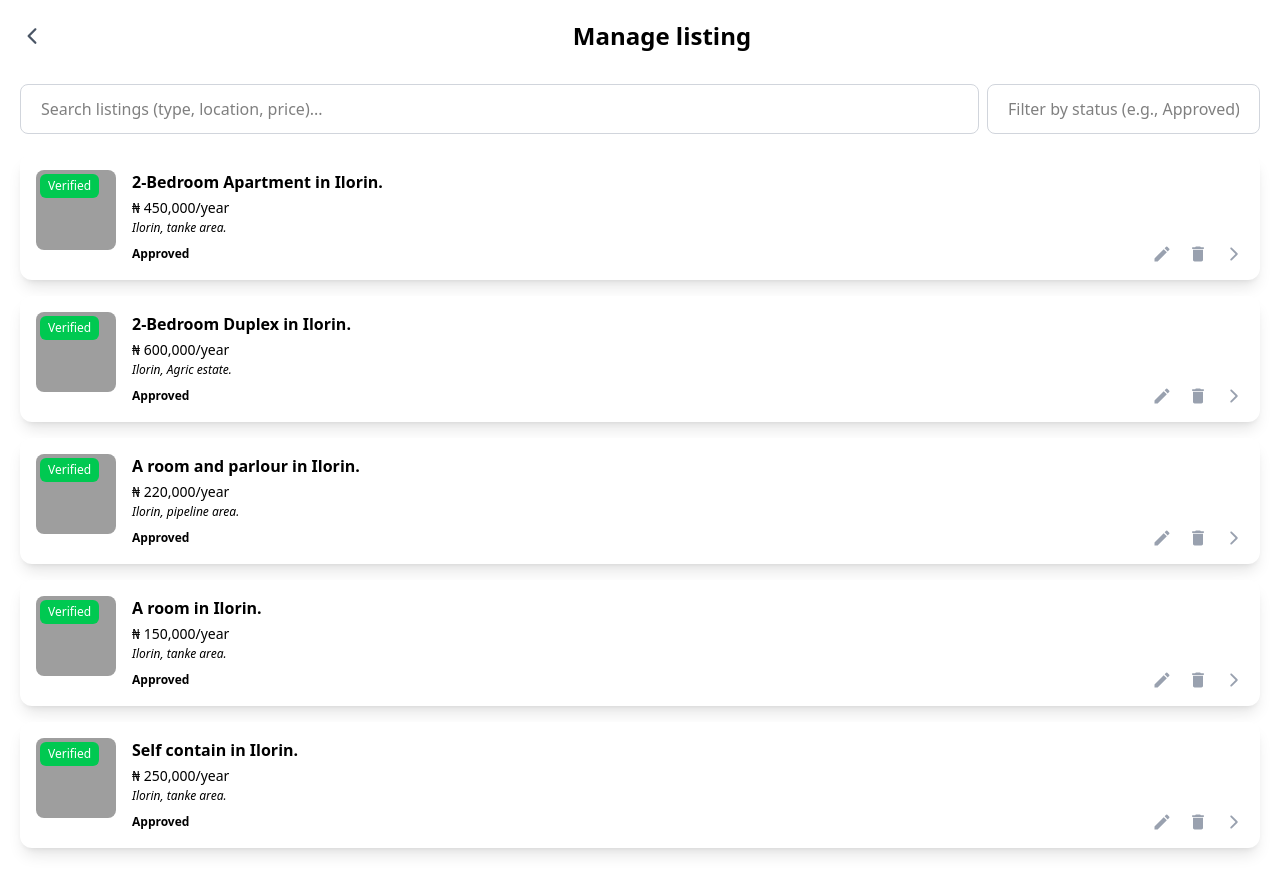
Repository: Em-driod/spotify-clone
Page: /Manage
An editor plug-in stored every save of this project. The page is shown before and after the next save, followed by the edit.
The browser window is 1280 px wide. The pictures show the whole page.
Pictures or frames that could not be fetched are drawn as grey boxes. The project was rebuilt for these pictures with package versions that can differ from the ones it lists, and the page was loaded fresh each time. Also part of the build but not shown: vite.config.ts, src/pages/veryify.tsx, src/pages/LandingPage.tsx, src/pages/Back.tsx, src/pages/Change.tsx, src/pages/onboard.tsx, src/pages/Skips.tsx, src/pages/Otp.tsx and 6 more.

Above is the page before, as saved 2025-07-09 17:20:57.

### src/App.tsx
import { BrowserRouter as Router, Routes, Route, useLocation } from 'react-router-dom';
import { AnimatePresence } from 'framer-motion';
import Welcome from './pages/veryify';
import LandingPage from './pages/LandingPage';
import Back from './pages/Back';
import Change from './pages/Change';
import Skips from './pages/Skips';
import Otp from './pages/Otp';
import First from './pages/First';
import Second from './pages/second';
import Fourth from './pages/fourth';
import Third from './pages/Third';
import Fifth from './pages/fifth';
import Signup from './pages/Signup';
import Manage from  './pages/Manage'


const AnimatedRoutes = () => {
  const location = useLocation();

  return (
    <AnimatePresence mode="wait">
      <Routes location={location} key={location.pathname}>
        <Route path="/" element={<LandingPage />} />
        <Route path="/skip" element={<Skips />} />
       <Route path="/welcome" element={<Welcome />} />
       <Route path="/back" element={<Back />} />
       <Route path="/forget" element={<Change />} />
       <Route path="/Otp" element={<Otp />} />
       <Route path="/first" element={<First />} />
       <Route path="/second" element={<Second />} />
        <Route path="/third" element={<Third />} />
        <Route path="/fourth" element={<Fourth />} />
        <Route path="/fifth" element={<Fifth />} />
        <Route path="/signup" element={<Signup />} />
        <Route path="/Manage" element={<Manage />} />
        {/* Add more routes as needed */}

      </Routes>
    </AnimatePresence>
  );
};

const App = () => {
  return (
    <Router>
      <AnimatedRoutes />
    </Router>
  );
};

export default App;

### src/pages/Manage.tsx
import React, { useState, useMemo } from 'react'; // Import useMemo
import { IoIosArrowBack } from 'react-icons/io';
import { MdEdit, MdDelete } from 'react-icons/md';

// Define the interface for a Listing object
interface Listing {
  id: number;
  image: string;
  type: string;
  price: string;
  location: string;
  status: string;
}

const Manage: React.FC = () => {
  // Initialize listings using useState with the Listing array type
  const [listings, setListings] = useState<Listing[]>([
    {
      id: 1,
      image: '/path/to/your/bedroom-apartment.png', // Replace with actual image paths
      type: '2-Bedroom Apartment in Ilorin.',
      price: '₦ 450,000/year',
      location: 'Ilorin, tanke area.',
      status: 'Approved',
    },
    {
      id: 2,
      image: '/path/to/your/duplex.png',
      type: '2-Bedroom Duplex in Ilorin.',
      price: '₦ 600,000/year',
      location: 'Ilorin, Agric estate.',
      status: 'Approved',
    },
    {
      id: 3,
      image: '/path/to/your/room-parlour.png',
      type: 'A room and parlour in Ilorin.',
      price: '₦ 220,000/year',
      location: 'Ilorin, pipeline area.',
      status: 'Approved',
    },
    {
      id: 4,
      image: '/path/to/your/room.png',
      type: 'A room in Ilorin.',
      price: '₦ 150,000/year',
      location: 'Ilorin, tanke area.',
      status: 'Approved',
    },
    {
      id: 5,
      image: '/path/to/your/self-contain.png',
      type: 'Self contain in Ilorin.',
      price: '₦ 250,000/year',
      location: 'Ilorin, tanke area.',
      status: 'Approved',
    },
  ]);

  // State for the general search input
  const [generalSearchQuery, setGeneralSearchQuery] = useState<string>('');
  // State for the "All listings" filter/search input (e.g., for status, or another specific filter)
  const [statusFilterQuery, setStatusFilterQuery] = useState<string>('');

  const handleEdit = (id: number) => {
    const listingToEdit = listings.find((listing) => listing.id === id);
    if (listingToEdit) {
      const newType = prompt('Edit listing type:', listingToEdit.type);
      const newPrice = prompt('Edit listing price:', listingToEdit.price);
      const newLocation = prompt('Edit listing location:', listingToEdit.location);

      if (newType !== null && newPrice !== null && newLocation !== null) {
        setListings(
          listings.map((listing) =>
            listing.id === id
              ? { ...listing, type: newType, price: newPrice, location: newLocation }
              : listing
          )
        );
        alert(`Listing with ID: ${id} updated!`);
      }
    }
  };

  const handleDelete = (id: number) => {
    if (window.confirm(`Are you sure you want to delete listing with ID: ${id}?`)) {
      setListings(listings.filter((listing) => listing.id !== id));
      alert(`Listing with ID: ${id} deleted!`);
    }
  };

  // Memoize the filtered listings to avoid unnecessary re-calculations
  const filteredListings = useMemo(() => {
    let currentListings = [...listings]; // Start with a copy of all listings

    // Apply general search filter
    if (generalSearchQuery) {
      const lowerCaseQuery = generalSearchQuery.toLowerCase();
      currentListings = currentListings.filter(
        (listing) =>
          listing.type.toLowerCase().includes(lowerCaseQuery) ||
          listing.location.toLowerCase().includes(lowerCaseQuery) ||
          listing.price.toLowerCase().includes(lowerCaseQuery) // You might want to filter price differently
      );
    }

    // Apply status/specific filter
    if (statusFilterQuery) {
      const lowerCaseStatusQuery = statusFilterQuery.toLowerCase();
      currentListings = currentListings.filter(
        (listing) => listing.status.toLowerCase().includes(lowerCaseStatusQuery)
      );
    }

    return currentListings;
  }, [listings, generalSearchQuery, statusFilterQuery]); // Re-calculate when these dependencies change

  return (
    <div className="min-h-screen p-5 bg-white text-black font-sans">
      {/* Header */}
      <div className="flex items-center mb-8">
        <IoIosArrowBack size={24} className="text-gray-600 mr-5 cursor-pointer" />
        <h1 className="text-2xl font-bold text-center flex-grow">Manage listing</h1>
      </div>

      {/* Search and Filter Inputs */}
      <div className="flex justify-between mb-5">
        <input
          type="text"
          placeholder="Search listings (type, location, price)..."
          className="flex-1 mr-2 px-5 py-3 rounded-lg border border-gray-300 focus:outline-none focus:ring-2 focus:ring-[#5a1f8e] text-black bg-white"
          value={generalSearchQuery}
          onChange={(e) => setGeneralSearchQuery(e.target.value)}
        />
        <input
          type="text"
          placeholder="Filter by status (e.g., Approved)..."
          className="px-5 py-3 rounded-lg border border-gray-300 focus:outline-none focus:ring-2 focus:ring-[#8a2be2] text-black bg-white"
          value={statusFilterQuery}
          onChange={(e) => setStatusFilterQuery(e.target.value)}
        />
      </div>

      {/* Listings */}
      <div>
        {filteredListings.length > 0 ? (
          filteredListings.map((listing: Listing) => (
            <div key={listing.id} className="bg-white rounded-xl p-4 mb-4 flex items-start shadow-lg">
              <div className="relative mr-4">
                {/* Verified Badge */}
                <span className="absolute top-1 left-1 bg-green-500 text-white text-xs px-2 py-1 rounded-md z-10">Verified</span>
                <img src={listing.image} alt={listing.type} className="w-20 h-20 rounded-lg object-cover" />
              </div>
              <div className="flex-1 min-w-0">
                <h3 className="text-base font-bold mb-1 break-words">{listing.type}</h3>
                <p className="text-sm text-black mb-0.5">{listing.price}</p>
                <p className="text-xs text-black-400 italic mb-2">{listing.location}</p>
                <div className="flex items-center justify-between mt-2">
                  <p className="text-xs text-black font-bold">{listing.status}</p>
                  <div className="flex items-center">
                    <MdEdit size={20} className="text-gray-400 ml-4 cursor-pointer" onClick={() => handleEdit(listing.id)} />
                    <MdDelete size={20} className="text-gray-400 ml-4 cursor-pointer" onClick={() => handleDelete(listing.id)} />
                    <IoIosArrowBack size={20} className="text-gray-400 ml-4 cursor-pointer rotate-180" />
                  </div>
                </div>
              </div>
            </div>
          ))
        ) : (
          <p className="text-center text-gray-500 text-lg mt-10">No listings match your search criteria.</p>
        )}
      </div>
    </div>
  );
};

export default Manage;

Loaded but not shown: index.html (common file); src/main.tsx (common file); src/index.css (common file)

After the next save:
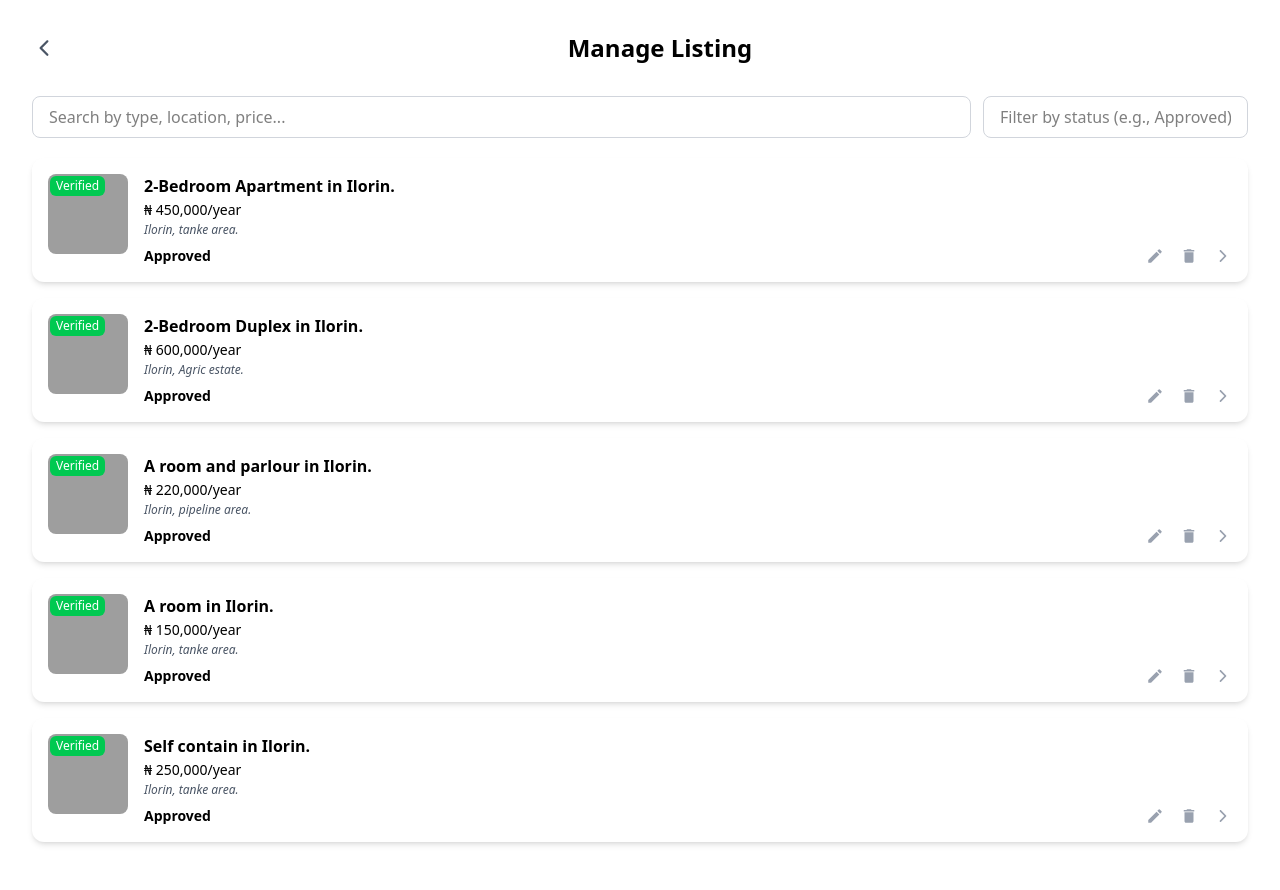
Saved 90 s later.
--- a/src/pages/Manage.tsx
+++ b/src/pages/Manage.tsx
@@ -1,4 +1,4 @@
-import React, { useState, useMemo } from 'react'; // Import useMemo
+import React, { useState, useMemo } from 'react';
 import { IoIosArrowBack } from 'react-icons/io';
 import { MdEdit, MdDelete } from 'react-icons/md';
 
@@ -100,7 +100,7 @@ const Manage: React.FC = () => {
         (listing) =>
           listing.type.toLowerCase().includes(lowerCaseQuery) ||
           listing.location.toLowerCase().includes(lowerCaseQuery) ||
-          listing.price.toLowerCase().includes(lowerCaseQuery) // You might want to filter price differently
+          listing.price.toLowerCase().includes(lowerCaseQuery)
       );
     }
 
@@ -116,26 +116,27 @@ const Manage: React.FC = () => {
   }, [listings, generalSearchQuery, statusFilterQuery]); // Re-calculate when these dependencies change
 
   return (
-    <div className="min-h-screen p-5 bg-white text-black font-sans">
+    <div className="min-h-screen p-4 sm:p-6 md:p-8 bg-white text-black font-sans">
       {/* Header */}
-      <div className="flex items-center mb-8">
-        <IoIosArrowBack size={24} className="text-gray-600 mr-5 cursor-pointer" />
-        <h1 className="text-2xl font-bold text-center flex-grow">Manage listing</h1>
+      <div className="flex items-center mb-6 sm:mb-8">
+        <IoIosArrowBack size={24} className="text-gray-600 mr-4 cursor-pointer" />
+        <h1 className="text-xl sm:text-2xl font-bold text-center flex-grow">Manage Listing</h1>
       </div>
 
       {/* Search and Filter Inputs */}
-      <div className="flex justify-between mb-5">
+      {/* Changed to flex-col on mobile, then md:flex for larger screens */}
+      <div className="flex flex-col md:flex-row gap-3 mb-5">
         <input
           type="text"
-          placeholder="Search listings (type, location, price)..."
-          className="flex-1 mr-2 px-5 py-3 rounded-lg border border-gray-300 focus:outline-none focus:ring-2 focus:ring-[#5a1f8e] text-black bg-white"
+          placeholder="Search by type, location, price..."
+          className="flex-1 px-4 py-2 rounded-lg border border-gray-300 focus:outline-none focus:ring-2 focus:ring-[#5a1f8e] text-black bg-white text-sm md:text-base"
           value={generalSearchQuery}
           onChange={(e) => setGeneralSearchQuery(e.target.value)}
         />
         <input
           type="text"
           placeholder="Filter by status (e.g., Approved)..."
-          className="px-5 py-3 rounded-lg border border-gray-300 focus:outline-none focus:ring-2 focus:ring-[#8a2be2] text-black bg-white"
+          className="px-4 py-2 rounded-lg border border-gray-300 focus:outline-none focus:ring-2 focus:ring-[#8a2be2] text-black bg-white text-sm md:text-base"
           value={statusFilterQuery}
           onChange={(e) => setStatusFilterQuery(e.target.value)}
         />
@@ -145,29 +146,30 @@ const Manage: React.FC = () => {
       <div>
         {filteredListings.length > 0 ? (
           filteredListings.map((listing: Listing) => (
-            <div key={listing.id} className="bg-white rounded-xl p-4 mb-4 flex items-start shadow-lg">
-              <div className="relative mr-4">
-                {/* Verified Badge */}
-                <span className="absolute top-1 left-1 bg-green-500 text-white text-xs px-2 py-1 rounded-md z-10">Verified</span>
-                <img src={listing.image} alt={listing.type} className="w-20 h-20 rounded-lg object-cover" />
+            <div key={listing.id} className="bg-white rounded-xl p-3 mb-3 flex items-start shadow-md sm:p-4 sm:mb-4">
+              <div className="relative mr-3 sm:mr-4">
+                {/* Verified Badge - adjusted size/position for mobile */}
+                <span className="absolute top-0.5 left-0.5 bg-green-500 text-white text-[0.6rem] px-1.5 py-0.5 rounded-md z-10 sm:text-xs">Verified</span>
+                <img src={listing.image} alt={listing.type} className="w-16 h-16 rounded-lg object-cover sm:w-20 sm:h-20" />
               </div>
               <div className="flex-1 min-w-0">
-                <h3 className="text-base font-bold mb-1 break-words">{listing.type}</h3>
-                <p className="text-sm text-black mb-0.5">{listing.price}</p>
-                <p className="text-xs text-black-400 italic mb-2">{listing.location}</p>
-                <div className="flex items-center justify-between mt-2">
-                  <p className="text-xs text-black font-bold">{listing.status}</p>
-                  <div className="flex items-center">
-                    <MdEdit size={20} className="text-gray-400 ml-4 cursor-pointer" onClick={() => handleEdit(listing.id)} />
-                    <MdDelete size={20} className="text-gray-400 ml-4 cursor-pointer" onClick={() => handleDelete(listing.id)} />
-                    <IoIosArrowBack size={20} className="text-gray-400 ml-4 cursor-pointer rotate-180" />
+                {/* Text sizes adjusted for mobile */}
+                <h3 className="text-sm font-bold mb-0.5 break-words sm:text-base">{listing.type}</h3>
+                <p className="text-xs text-black mb-0.5 sm:text-sm">{listing.price}</p>
+                <p className="text-[0.7rem] text-gray-600 italic mb-1 sm:text-xs">{listing.location}</p>
+                <div className="flex items-center justify-between mt-1 sm:mt-2">
+                  <p className="text-xs text-black font-bold sm:text-sm">{listing.status}</p>
+                  <div className="flex items-center space-x-3 sm:space-x-4"> {/* Adjusted spacing for actions */}
+                    <MdEdit size={18} className="text-gray-400 cursor-pointer" onClick={() => handleEdit(listing.id)} />
+                    <MdDelete size={18} className="text-gray-400 cursor-pointer" onClick={() => handleDelete(listing.id)} />
+                    <IoIosArrowBack size={18} className="text-gray-400 cursor-pointer rotate-180" />
                   </div>
                 </div>
               </div>
             </div>
           ))
         ) : (
-          <p className="text-center text-gray-500 text-lg mt-10">No listings match your search criteria.</p>
+          <p className="text-center text-gray-500 text-base mt-8 sm:text-lg">No listings match your search criteria.</p>
         )}
       </div>
     </div>
